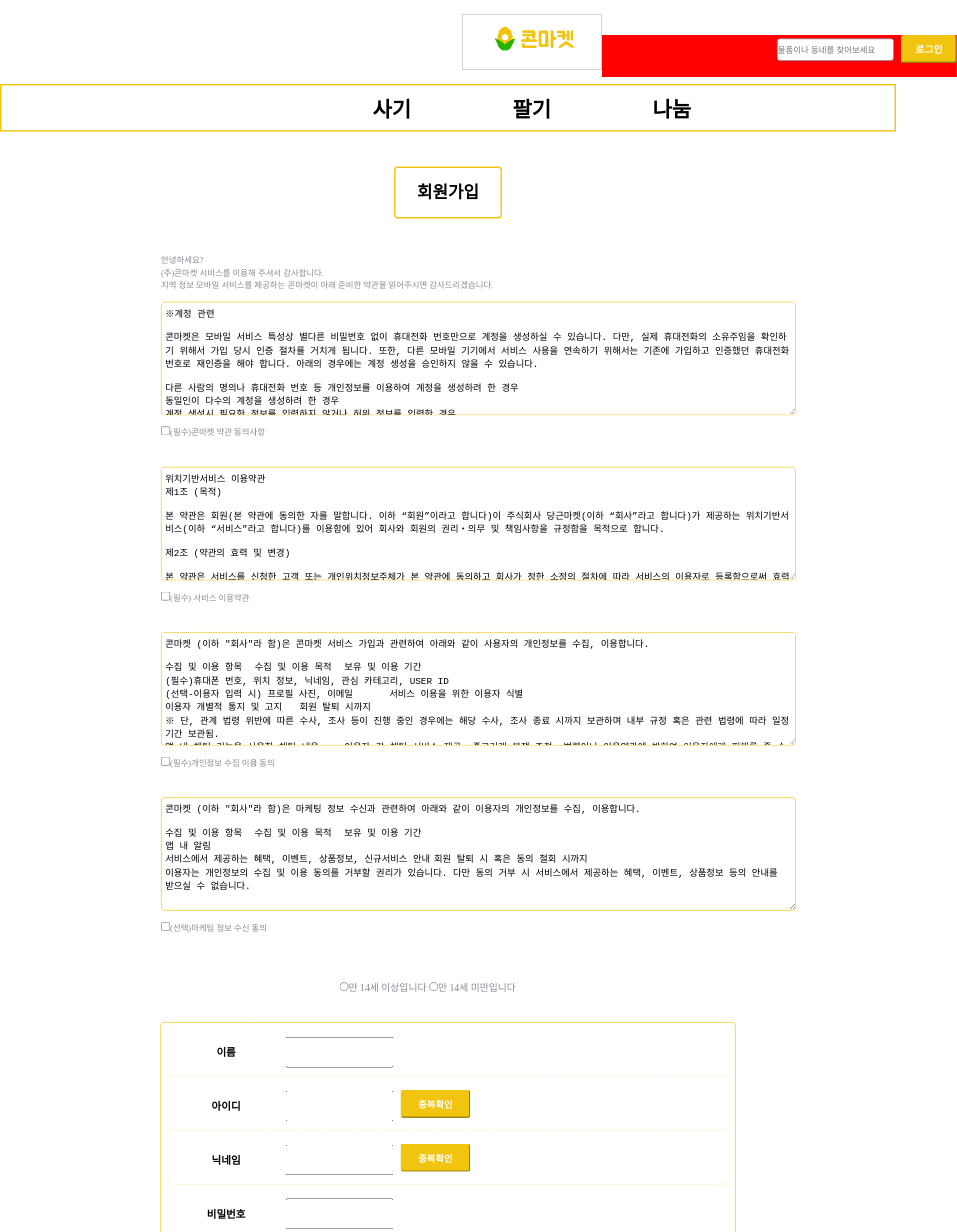
Repository: Corn-Market/Front-end
Page: http://localhost/CornMarket/resources/views/signUp.jsp
The author's editor kept a copy of each file at every save. The page is drawn from the files as they stood at one save, then again after the next save.
The browser window is 1280 px wide. The page is 1367 px wide, so the pictures cover 1367 px, including what lies to the right of the window. The pictures show the part of the page from y = 0 to 1760 px (the page is 2643 px tall), at 70% of full size.
Some web fonts or font styles are not loaded; a fallback is used. The page is served by Tomcat 9. Other server files are loaded and not shown.

Above is the page before, as saved 2022-12-19 03:01:08.

### CornMarket/src/main/webapp/resources/views/signUp.jsp
<%@ page language="java" contentType="text/html; charset=UTF-8"
    pageEncoding="UTF-8"%>
<%@ taglib uri="http://java.sun.com/jsp/jstl/core" prefix="c" %>
<c:set var="path" value="${pageContext.request.contextPath}"/>
<!DOCTYPE html>
<html>
<head>
<meta charset="EUC-KR">
<title>Insert title here</title>
<link rel="stylesheet" href="${path}/resources/css/signUp.css"/>
<script src="https://ajax.googleapis.com/ajax/libs/jquery/3.5.1/jquery.min.js"></script><script src="https://ajax.googleapis.com/ajax/libs/jquery/3.5.1/jquery.min.js"></script>
</head>
<body>
<jsp:include page="header.jsp"/>
<jsp:include page="nav.jsp"/>
<div class="h2_st">
        <h2>회원가입</h2>
    </div>
    <div class="join_rule1">
        <div class="rule1-1">안녕하세요?</div>
        <div class="rule1-2">(주)콘마켓 서비스를 이용해 주셔서 감사합니다.<br>
             지역 정보 모바일 서비스를 제공하는 콘마켓이 아래 준비한 약관을 읽어주시면 감사드리겠습니다.
        </div>
        <textarea class="rule1" cols="110" rows="10">
※계정 관련

콘마켓은 모바일 서비스 특성상 별다른 비밀번호 없이 휴대전화 번호만으로 계정을 생성하실 수 있습니다. 다만, 실제 휴대전화의 소유주임을 확인하기 위해서 가입 당시 인증 절차를 거치게 됩니다. 또한, 다른 모바일 기기에서 서비스 사용을 연속하기 위해서는 기존에 가입하고 인증했던 휴대전화 번호로 재인증을 해야 합니다. 아래의 경우에는 계정 생성을 승인하지 않을 수 있습니다.

다른 사람의 명의나 휴대전화 번호 등 개인정보를 이용하여 계정을 생성하려 한 경우
동일인이 다수의 계정을 생성하려 한 경우
계정 생성시 필요한 정보를 입력하지 않거나 허위 정보를 입력한 경우
콘마켓이 과거에 운영원칙 또는 법률 위반 등의 정당한 사유로 해당 계정을 삭제 또는 징계한 경우
사기 정보 모음 사이트나 정부기관 사이트 등에서 거래 사기 이력이 있는 휴대전화 번호로 확인된 경우
계정은 본인만 이용할 수 있고, 다른 사람에게 이용을 허락하거나 양도할 수 없습니다. 사용자는 계정과 관련된 정보, 즉 프로필 사진이나 별명 등을 수정할 수 있습니다. 휴대폰 번호가 바뀐 경우에는 서비스 내 설정 메뉴나 고객센터 문의를 통해 새 휴대폰 번호로 인증절차를 걸쳐 수정할 수 있습니다.

사용시 주의해야 할 점

콘마켓은 사용자가 아래와 같이 잘못된 방법이나 행위로 서비스를 이용할 경우 사용에 대한 제재(이용정지, 강제탈퇴 등)를 가할 수 있습니다.

잘못된 방법으로 서비스의 제공을 방해하거나 콘마켓이 안내하는 방법 이외의 다른 방법을 사용하여 콘마켓 서비스에 접근하는 행위
다른 이용자의 정보를 무단으로 수집, 이용하거나 다른 사람들에게 제공하는 행위
서비스를 영리나 홍보 목적으로 이용하는 행위
음란 정보나 저작권 침해 정보 등 공서양속 및 법령에 위반되는 내용의 정보 등을 발송하거나 게시하는 행위
콘마켓의 동의 없이 당근마켓 서비스 또는 이에 포함된 소프트웨어의 일부를 복사, 수정, 배포, 판매, 양도, 대여, 담보제공하거나 타인에게 그 이용을 허락하는 행위
소프트웨어를 역설계하거나 소스 코드의 추출을 시도하는 등 콘마켓 서비스를 복제, 분해 또는 모방하거나 기타 변형하는 행위
관련 법령, 콘마켓의 모든 약관 또는 운영정책을 준수하지 않는 행위
개인정보 보호 관련

개인정보는 콘마켓 서비스의 원활한 제공을 위하여 사용자가 동의한 목적과 범위 내에서만 이용됩니다. 개인정보 보호 관련 기타 상세한 사항은 콘마켓 개인정보처리방침을 참고하시기 바랍니다.

※게시물의 저작권 보호

콘마켓 서비스 사용자가 서비스 내에 게시한 게시물의 저작권은 해당 게시물의 저작자에게 귀속됩니다.
사용자가 서비스 내에 게시하는 게시물은 검색결과 내지 서비스 및 관련 프로모션, 광고 등에 노출될 수 있으며, 해당 노출을 위해 필요한 범위 내에서는 일부 수정, 복제, 편집되어 게시될 수 있습니다. 이 경우, 콘마켓은 저작권법 규정을 준수하며, 사용자는 언제든지 고객센터 또는 운영자 문의 기능을 통해 해당 게시물에 대해 삭제, 검색결과 제외, 비공개 등의 조치를 요청할 수 있습니다.
위 2항 이외의 방법으로 사용자의 게시물을 이용하고자 하는 경우에는 전화, 팩스, 전자우편 등을 통해 사전에 사용자의 동의를 얻어야 합니다.
게시물의 관리

사용자의 게시물이 "정보통신망법" 및 "저작권법"등 관련법에 위반되는 내용을 포함하는 경우, 권리자는 관련법이 정한 절차에 따라 해당 게시물의 게시중단 및 삭제 등을 요청할 수 있으며, 콘마켓은 관련법에 따라 조치를 취하여야 합니다.
콘마켓은 전항에 따른 권리자의 요청이 없는 경우라도 권리침해가 인정될 만한 사유가 있거나 기타 회사 정책 및 관련법에 위반되는 경우에는 관련법에 따라 해당 게시물에 대해 임시조치(삭제, 노출제한, 게시중단) 등을 취할 수 있습니다.

※사용권리

콘마켓은 서비스 이용을 위하여 양도불가능하고 무상의 라이선스를 사용자분들에게 제공합니다. 다만, 콘마켓 상표 및 로고를 사용할 권리를 사용자분들에게 부여하는 것은 아닙니다.

※서비스 고지 및 홍보내용 표시

콘마켓은 서비스 사용자분의 편의를 위해 서비스 이용과 관련된 각종 고지 및 기타 콘마켓 서비스 홍보를 포함한 다양한 정보를 콘마켓 서비스에 표시하거나 사용자의 휴대폰 문자, 알림 메시지(Push Notification) 등으로 발송할 수 있으며 서비스 사용자분은 이에 동의합니다. 이 경우 서비스 사용자분의 통신환경 또는 요금구조에 따라 서비스 사용자분이 데이터 요금 등을 부담할 수 있습니다. 한편 콘마켓은 서비스 사용자분이 수집에 동의한 서비스 내 활동 정보를 기초로 콘마켓에게 직접적인 수익이 발생하지 않거나 콘마켓이 판매하는 상품과 직접적인 관련성이 없는 한도에서 다른 서비스 사용자분 등이 판매하는 상품 또는 서비스에 관한 정보를 위와 같은 방법으로 서비스 사용자분에게 보낼 수 있으며 서비스 사용자분은 이에 동의합니다. 물론 서비스 사용자분은 관련 법령상 필요한 내용을 제외하고 언제든지 이러한 정보에 대한 수신 거절을 할 수 있으며, 이 경우 콘마켓은 즉시 위와 같은 정보를 보내는 것을 중단합니다.

※위치기반서비스 관련

콘마켓은 사용자의 실생활에 더욱 보탬이 되는 유용한 서비스를 제공하기 위하여 콘마켓 서비스에 위치기반서비스를 포함시킬 수 있습니다. 콘마켓의 위치기반서비스는 사용자의 단말기기의 위치정보를 수집하는 위치정보사업자로부터 위치정보를 전달받아 제공하는 무료서비스이며, 구체적으로는 사용자의 현재 위치를 기준으로 특정 지역커뮤니티에 가입자격을 부여하고 다른 이용자와 해당 지역과 관련된 게시물을 작성할 수 있도록 하는 서비스(지역커뮤니티서비스), 사용자의 현재 위치를 이용한 생활 정보나 광고성 정보를 제공하는 서비스(정보제공서비스)가 있습니다. 특히, 사용자가 14세 미만 이용자로서 개인위치정보를 활용한 위치기반 서비스를 이용하기 위해서는 콘마켓은 사용자의 개인위치정보를 이용 또는 제공하게 되며, 이 경우 부모님 등 법정대리인의 동의가 먼저 있어야 합니다. 만약 법정대리인의 동의 없이 위치기반서비스가 이용된 것으로 판명된 때에는 콘마켓은 즉시 사용자의 위치기반서비스 이용을 중단하는 등 적절한 제한을 할 수 있습니다.

사용자(14세 미만 이용자의 법정대리인 포함)는 콘마켓 서비스와 관련된 개인위치정보의 이용, 제공 목적, 제공받는 자의 범위 및 위치기반서비스의 일부에 대하여 동의를 유보하거나, 이용∙제공에 대한 동의의 전부 또는 일부 철회할 수 있으며, 일시적인 중지를 요구할 수 있습니다. 콘마켓은 위치정보의 보호 및 이용 등에 관한 법률의 규정에 따라 개인위치정보 및 위치정보 이용∙제공사실 확인자료를 6개월 이상 보관하며, 사용자가 동의의 전부 또는 일부를 철회한 때에는 당근마켓은 철회한 부분에 해당하는 개인위치정보 및 위치정보 이용∙제공사실 확인자료를 지체 없이 파기하겠습니다.

사용자(14세 미만 이용자의 법정대리인 포함)는 콘마켓에 대하여 사용자에 대한 위치정보 이용∙제공사실 확인자료나, 사용자의 개인위치정보가 법령에 의하여 제3자에게 제공되었을 때에는 그 이유 및 내용의 열람 또는 고지를 요구할 수 있고, 오류가 있는 때에는 정정을 요구할 수 있습니다. 만약, 콘마켓이 사용자의 개인위치정보를 사용자가 지정하는 제3자에게 직접 제공하는 때에는 법령에 따라 개인위치정보를 수집한 스마트폰 등으로 사용자에게 개인위치정보를 제공받는 자, 제공 일시 및 제공 목적을 즉시 통보하겠습니다.

콘마켓은 8세 이하의 아동 등(금치산자, 중증 정신장애인 포함)의 보호의무자가 개인위치정보의 이용 또는 제공에 서면으로 동의하는 경우에는 해당 본인의 동의가 있는 것으로 보며, 이 경우 보호의무자는 개인위치정보주체의 권리를 모두 행사할 수 있습니다.

콘마켓은 사용자의 위치정보를 안전하게 보호하기 위하여 위치정보관리책임자(정창훈 이사, privacy@cornservice.com)를 지정하고 있습니다.

만약 사용자와 콘마켓 간의 위치정보와 관련한 분쟁에 대하여 협의가 어려운 때에는 사용자은 위치정보의 보호 및 이용 등에 관한 법률 제 28조 2항 및 개인정보보호법 제43조의 규정에 따라 개인정보 분쟁조정위원회에 조정을 신청할 수 있습니다.

위치기반서비스 이용약관 전문보기

※오프라인 서비스 관련

콘마켓은 서비스 사용자의 편의를 위해 사용자로부터 배송 등 온라인 커뮤니티 이외의 서비스(이하 “오프라인 서비스”)를 요청 받아 이를 직접 또는 다른 사람에게 맡겨 수행할 수 있고, 이러한 서비스와 관련하여 회사와 사용자가 지켜야 할 사항은 오프라인 서비스 이용약관 및 배송 서비스 수행자(콘버디) 이용약관 등에 따릅니다.

※콘알바 서비스 관련

콘마켓은 직업안정법에 근거하여 지역 내 구인구직 정보가 효과적으로 제공될 수 있도록 하기 위하여 콘알바 서비스를 제공하며, 이러한 서비스와 관련하여 회사와 사용자가 지켜야 할 사항은 콘알바 서비스 이용약관에 따릅니다.

※서비스 중단

콘마켓 서비스는 장비의 유지∙보수를 위한 정기 또는 임시 점검 또는 다른 상당한 이유로 콘마켓 서비스의 제공이 일시 중단될 수 있으며, 이때에는 미리 서비스 제공화면에 공지하겠습니다. 만약, 콘마켓로서도 예측할 수 없는 이유로 콘마켓 서비스가 중단된 때에는 콘마켓이 상황을 파악하는 즉시 통지하겠습니다.

※이용계약 해지(서비스 탈퇴)

사용자가 콘마켓 서비스의 이용을 더 이상 원치 않는 때에는 언제든지 콘마켓 서비스 내 제공되는 메뉴를 이용하여 콘마켓 서비스 이용계약의 해지 신청을 할 수 있으며, 콘마켓은 법령이 정하는 바에 따라 신속히 처리하겠습니다. 다만, 거래사기 등의 부정이용 방지를 위해 거래를 진행중이거나 거래 관련 분쟁이 발생한 사용자는 이용계약 해지 및 서비스 탈퇴가 특정 기간 동안 제한될 수 있습니다. 이용계약이 해지되면 법령 및 개인정보처리방침에 따라 사용자 정보를 보유하는 경우를 제외하고는 사용자 정보나 사용자가 작성한 게시물 등 모든 데이터는 삭제됩니다. 다만, 사용자가 작성한 게시물이 제3자에 의하여 스크랩 또는 다른 공유 기능으로 게시되거나, 사용자가 제3자의 게시물에 댓글, 채팅 등 게시물을 추가하는 등의 경우에는 다른 이용자의 정상적 서비스 이용을 위하여 필요한 범위 내에서 콘마켓 서비스 내에 삭제되지 않고 남아 있게 됩니다.

※책임제한

콘마켓은 법령상 허용되는 한도 내에서 콘마켓 서비스와 관련하여 본 약관에 명시되지 않은 어떠한 구체적인 사항에 대한 약정이나 보증을 하지 않습니다. 예를 들어, 콘마켓은 콘마켓 서비스에 속한 콘텐츠, 서비스의 특정 기능, 서비스의 이용가능성에 대하여 어떠한 약정이나 보증을 하는 것이 아니며, 콘마켓 서비스를 있는 그대로 제공할 뿐입니다.

※손해배상

콘마켓의 과실로 인하여 사용자가 손해를 입게 될 경우 당근마켓은 법령에 따라 사용자의 손해를 배상하겠습니다. 다만, 콘마켓은 콘마켓 서비스에 접속 또는 이용과정에서 발생하는 개인적인 손해, 제3자가 불법적으로 콘마켓의 서버에 접속하거나 서버를 이용함으로써 발생하는 손해, 제3자가 콘마켓 서버에 대한 전송 또는 콘마켓 서버로부터의 전송을 방해함으로써 발생하는 손해, 제3자가 악성 프로그램을 전송 또는 유포함으로써 발생하는 손해, 전송된 데이터의 생략, 누락, 파괴 등으로 발생한 손해, 명예훼손 등 제3자가 콘마켓 서비스를 이용하는 과정에서 사용자에게 발생시킨 손해에 대하여 책임을 부담하지 않습니다. 또한 콘마켓은 법률상 허용되는 한도 내에서 간접 손해, 특별 손해, 결과적 손해, 징계적 손해, 및 징벌적 손해에 대한 책임을 부담하지 않습니다.

※약관수정

콘마켓은 법률이나 당근마켓 서비스의 변경사항을 반영하기 위한 목적 등으로 본 약관이나 각 콘마켓 서비스 고객센터의 콘마켓 서비스 이용방법, 해당 안내 및 고지사항을 수정할 수 있습니다. 본 약관이 변경되는 경우 콘마켓은 변경 사항을 개별 콘마켓 서비스 초기화면에 게시하며, 변경된 약관은 게시한 날로부터 7일 후부터 효력이 발생합니다.

콘마켓은 변경된 약관을 게시한 날로부터 효력이 발생되는 날까지 약관변경에 대한 사용자의 의견을 기다리겠습니다. 위 기간이 지나도록 사용자의 의견이 콘마켓에 접수되지 않으면, 사용자가 변경된 약관에 따라 서비스를 이용하는 데에 동의하는 것으로 보겠습니다. 사용자가 변경된 약관에 동의하지 않는 경우 변경된 약관의 적용을 받는 해당 서비스의 제공이 더 이상 불가능하게 됩니다.

※사용자 의견

콘마켓은 사용자의 의견을 소중하게 생각합니다. 사용자는 언제든지 서비스 내 콘마켓 운영자 문의란을 통해 의견을 개진할 수 있습니다. 콘마켓은 푸시 알림, 채팅 방법, 휴대폰 번호 등으로 사용자에게 여러 가지 소식을 알려드리며, 사용자 전체에 대한 통지는 콘마켓 서비스 초기화면 또는 공지사항 란에 게시함으로써 효력이 발생합니다.

본 약관은 콘마켓과 사용자와의 관계에 적용되며, 제3자의 수익권을 발생시키지 않습니다.

사용자가 본 약관을 준수하지 않은 경우에, 콘마켓이 즉시 조치를 취하지 않더라도 콘마켓이 가지고 있는 권리를 포기하는 것이 아니며, 본 약관 중 일부 조항의 집행이 불가능하게 되더라도 다른 조항에는 영향을 미치지 않습니다.

본 약관 또는 콘마켓 서비스와 관련하여서는 대한민국의 법률이 적용됩니다.

공고일자: 2022년 6월 28일
시행일자: 2022년 7월 05일
        </textarea>
        <input type="checkbox">(필수)콘마켓 약관 동의사항
        <textarea class="rule1" cols="110" rows="10">
위치기반서비스 이용약관
제1조 (목적)

본 약관은 회원(본 약관에 동의한 자를 말합니다. 이하 “회원”이라고 합니다)이 주식회사 당근마켓(이하 “회사”라고 합니다)가 제공하는 위치기반서비스(이하 “서비스”라고 합니다)를 이용함에 있어 회사와 회원의 권리・의무 및 책임사항을 규정함을 목적으로 합니다.

제2조 (약관의 효력 및 변경)

본 약관은 서비스를 신청한 고객 또는 개인위치정보주체가 본 약관에 동의하고 회사가 정한 소정의 절차에 따라 서비스의 이용자로 등록함으로써 효력이 발생합니다.
회사는 본 약관의 내용을 회원이 쉽게 알 수 있도록 서비스 초기 화면에 게시하거나 기타의 방법으로 공지합니다.
회사는 필요하다고 인정되면 본 약관을 변경할 수 있으며, 회사가 약관을 개정할 경우에는 기존약관과 개정약관 및 개정약관의 적용일자와 개정사유를 명시하여 현행약관과 함께 그 적용일자 7일 전부터 적용일 이후 상당한 기간 동안 공지합니다. 다만, 개정 내용이 회원에게 불리한 경우에는 그 적용일자 30일 전부터 적용일 이후 상당한 기간 동안 각각 이를 서비스 홈페이지에 게시하여 고지합니다.
회사가 전항에 따라 회원에게 공지하거나 통지하면서 공지 또는 통지ㆍ고지일로부터 개정약관 시행일 7일 후까지 거부의사를 표시하지 아니하면 승인한 것으로 본다는 뜻을 명확하게 고지하였음에도 불구하고 거부의 의사표시가 없는 경우에는 변경된 약관에 승인한 것으로 봅니다. 회원이 개정약관에 동의하지 않을 경우 회원은 이용계약을 해지할 수 있습니다.
제3조 (약관 외 준칙)

본 약관에 규정되지 않은 사항에 대해서는 위치정보의 보호 및 이용 등에 관한 법률(이하 “위치정보법”이라고 합니다), 전기통신사업법, 정보통신망 이용촉진 및 보호 등에 관한 법률(이하 “정보통신망법”이라고 합니다), 개인정보보호법 등 관련법령 또는 회사가 정한 서비스의 운영정책 및 규칙 등(이하 “세부지침”이라고 합니다)의 규정에 따릅니다.

제4조 (서비스의 가입)

본회사는 아래와 같은 경우에는 여러분의 당근마켓 계정 생성을 유보할 수 있습니다.
실명이 아니거나 다른 사람의 명의를 사용하는 등 허위로 신청하는 경우
회원 등록 사항을 빠뜨리거나 잘못 기재하여 신청하는 경우
기타 회사가 정한 이용신청 요건을 충족하지 않았을 경우
제5조 (서비스의 해지)

회원이 서비스 이용을 해지하고자 할 경우 회원은 회사가 정한 절차(서비스 홈페이지 등을 통해 공지합니다)를 통해 서비스 해지를 신청할 수 있으며, 회사는 법령이 정하는 바에 따라 신속히 처리합니다.

제6조 (서비스의 내용)

서비스의 이용은 연중무휴 1일 24시간을 원칙으로 합니다. 단, 회사의 업무 또는 기술상의 이유로 서비스가 일시 중지될 수 있으며, 운영상의 목적으로 회사가 정한 기간에도 서비스는 일시 중지될 수 있습니다. 이때 회사는 사전 또는 사후에 이를 공지합니다.
회사가 제공하는 서비스의 종류, 세부 내용, 이용 요금은 아래와 같습니다.
종류 : 동네 커뮤니티 서비스
서비스명 : 콘마켓
설명 : 내동네를 인증하고 주변 이웃과 중고물품을 거래하거나 동네 정보를 공유하는 서비스
위치정보 이용 목적: 내 동네인증
이용 요금 : 무료
제7조 (서비스 이용요금)

회사가 제공하는 서비스는 기본적으로 유료 또는 무료입니다. 단, 별도의 유료서비스의 경우 해당 서비스에 명시된 요금을 지불하여야 사용 가능합니다.
회사는 유료서비스 이용요금을 회사와 계약한 전자지불업체에서 정한 방법에 의하거나 회사가 정한 청구서에 합산하여 청구할 수 있습니다.
유료서비스 이용을 통하여 결제된 대금에 대한 취소 및 환불은 회사의 결제 이용약관 등 관련법령에 따릅니다.
회원의 개인정보도용 및 결제사기로 인한 환불요청 또는 결제자의 개인정보 요구는 법률이 정한 경우 외에는 거절될 수 있습니다.
무선서비스 이용 시 발생하는 데이터 통신료는 별도이며, 회원이 가입한 각 이동통신사의 정책에 따릅니다.
MMS 등으로 게시물을 등록할 경우 발생하는 요금은 회원이 가입한 각 이동통신사의 정책에 따릅니다.
제8조 (서비스의 이용제한 및 중지)

회사는 아래 각 호의 경우에는 회원의 서비스 이용을 제한하거나 중지시킬 수 있습니다.
회원이 회사 서비스의 운영을 고의 또는 중과실로 방해하는 경우
서비스용 설비 점검, 보수 또는 공사로 인하여 부득이한 경우
전기통신사업법에 규정된 기간통신사업자가 전기통신 서비스를 중지했을 경우
국가비상사태, 서비스 설비의 장애 또는 서비스 이용의 폭주 등으로 서비스 이용에 지장이 있는 때
기타 중대한 사유로 인하여 회사가 서비스 제공을 지속하는 것이 부적당하다고 인정하는 경우
회사는 전항의 규정에 의하여 서비스의 이용을 제한하거나 중지한 때에는 그 사유 및 제한기간 등을 회원에게 알려야 합니다.
제9조 (서비스내용변경 통지 등)

회사가 서비스 내용을 변경하거나 종료하는 경우 회사는 회원의 등록된 휴대폰 번호 문자 방식으로 서비스 내용의 변경 사항 또는 종료를 통지할 수 있습니다.
전항의 경우 불특정 다수인을 상대로 통지를 함에 있어서는 서비스 홈페이지 등 기타 회사의 공지사항 페이지를 통하여 회원들에게 통지할 수 있습니다. 단, 회원 본인의 거래와 관련하여 중대한 영향을 미치는 사항은 상당한 기간 동안 서비스 홈페이지에 게시하거나 회원에게 전자적 형태(전자우편, SMS 등)로 개별통지 합니다.
제10조 (개인위치정보의 이용 또는 제공)

회사는 개인위치정보를 이용하여 서비스를 제공하고자 하는 경우에는 미리 약관에 명시한 후 개인위치정보주체의 동의를 얻어야 합니다.
회원 및 법정대리인의 권리와 그 행사방법은 제소 당시의 이용자의 주소에 의하며, 주소가 없는 경우에는 거소를 관할하는 지방법원의 전속관할로 합니다. 다만, 제소 당시 이용자의 주소 또는 거소가 분명하지 않거나 외국 거주자의 경우에는 민사소송법상의 관할법원에 제기합니다.
회사는 타사업자 또는 이용 고객과의 요금정산 및 민원처리를 위해 위치정보 이용·제공, 사실 확인자료를 자동 기록·보존하며, 해당 자료는 6개월간 보관합니다.
회사는 개인위치정보주체의 동의 없이 개인위치정보를 제3자에게 제공하지 아니하며, 제3자 제공 서비스를 제공하는 경우에는 제공 받는자 및 제공목적을 사전에 개인위치정보주체에게 고지하고 동의를 받습니다. 다만, 다음의 경우는 예외로 하고 있습니다.
법령의 규정에 의거하거나 수사 목적으로 법령에 정해진 절차와 방법에 따라 수사기관의 요구가 있는 경우
회사는 개인위치정보를 회원이 지정하는 제3자에게 제공하는 경우에는 개인위치정보를 수집한 당해 통신 단말장치로 매회 회원에게 제공받는 자, 제공 일시 및 제공목적을 즉시 통보합니다. 단, 아래 각 호의 1에 해당하는 경우에는 회원이 미리 특정하여 지정한 통신 단말장치 또는 전자우편주소로 통보합니다.
개인위치정보를 수집한 당해 통신단말장치가 문자, 음성 또는 영상의 수신기능을 갖추지 아니한 경우
회원이 온라인 게시 등의 방법으로 통보할 것을 미리 요청한 경우
제11조 (개인위치정보주체의 권리)

회원은 회사에 대하여 언제든지 개인위치정보를 이용한 위치기반서비스 제공 및 개인위치정보의 제3자 제공에 대한 동의의 전부 또는 일부를 철회할 수 있습니다. 이 경우 회사는 수집한 개인위치정보 및 위치정보 이용, 제공사실 확인자료를 파기합니다.
회원은 회사에 대하여 언제든지 개인위치정보의 수집, 이용 또는 제공의 일시적인 중지를 요구할 수 있으며, 회사는 이를 거절할 수 없고 이를 위한 기술적 수단을 갖추고 있습니다.
회원은 회사에 대하여 아래 각 호의 자료에 대한 열람 또는 고지를 요구할 수 있고, 당해 자료에 오류가 있는 경우에는 그 정정을 요구할 수 있습니다. 이 경우 회사는 정당한 사유 없이 회원의 요구를 거절할 수 없습니다.
본인에 대한 위치정보 수집, 이용, 제공사실 확인자료
본인의 개인위치정보가 위치정보의 보호 및 이용 등에 관한 법률 또는 다른 법률 규정에 의하여 제3자에게 제공된 이유 및 내용
회원은 제1항 내지 제3항의 권리행사를 위해 회사의 소정의 절차를 통해 요구할 수 있습니다.
제12조 (법정대리인의 권리)

회사는 14세 미만의 회원에 대해서는 개인위치정보를 이용한 위치기반서비스 제공 및 개인위치정보의 제3자 제공에 대한 동의를 당해 회원과 당해 회원의 법정대리인으로부터 동의를 받아야 합니다. 이 경우 법정대리인은 제11조에 의한 회원의 권리를 모두 가집니다.
회사는 14세 미만의 아동의 개인위치정보 또는 위치정보 이용, 제공사실 확인자료를 이용약관에 명시 또는 고지한 범위를 넘어 이용하거나 제3자에게 제공하고자 하는 경우에는 14세 미만의 아동과 그 법정대리인의 동의를 받아야 합니다. 단, 아래의 경우는 제외합니다.
위치정보 및 위치기반서비스 제공에 따른 요금정산을 위하여 위치정보 이용, 제공사실 확인자료가 필요한 경우
통계작성, 학술연구 또는 시장조사를 위하여 특정 개인을 알아볼 수 없는 형태로 가공하여 제공하는 경우
제13조 (8세 이하의 아동 등의 보호의무자의 권리)

회사는 14세 미만의 아동의 개인위치정보 또는 위치정보 이용, 제공사실 확인자료를 이용약관에 명시 또는 고지한 범위를 넘어 이용하거나 제3자에게 제공하고자 하는 경우에는 14세 미만의 아동과 그 법정대리인의 동의를 받아야 합니다. 단, 아래의 경우는 제외합니다.
8세 이하의 아동
피성년후견인
장애인복지법 제2조 제2항 제2호의 규정에 따른 정신적 장애를 가진 자로서 장애인 고용촉진 및 직업재활법 제2조 제2호의 규정에 따라 중증장애인에 해당하는 자(장애인복지법 제32조의 규정에 따라 장애인등록을 한 자에 한합니다)
전항의 규정에 따른 8세 이하 아동 등의 보호의무자는 해당 아동을 사실상 보호하는 자로서 다음 각 호에 해당하는 자를 말합니다.
8세 이하의 아동의 법정대리인 또는 보호시설에 있는 미성년자의 후견 직무에 관한 법률 제3조의 규정에 따른 후견인
피성년후견인의 법정대리인
본 조 제1항 제3호의 자의 법정대리인 또는 장애인복지법 제58조 제1항 제1호의 규정에 따른 장애인생활시설(국가 또는 지방자치단체가 설치·운영하는 시설에 한합니다)의 장, 정신보건법 제3조 제4호의 규정에 따른 정신질환자 사회복귀시설(국가 또는 지방자치단체가 설치·운영하는 시설에 한합니다)의 장, 동법 동조 제5호의 규정에 따른 정신요양시설의 장
8세 이하의 아동 등의 생명 또는 신체의 보호를 위하여 개인위치정보의 이용 또는 제공에 동의를 하고자 하는 보호의무자는 서면동의서에 보호의무자임을 증명하는 서면을 첨부하여 회사에 제출하여야 합니다.
보호의무자는 8세 이하의 아동 등의 개인위치정보 이용 또는 제공에 동의하는 경우 개인위치정보주체 권리의 전부를 행사할 수 있습니다.
제14조 (회사의 주소 및 연락처 등)

회사의 상호, 주소 및 연락처는 아래와 같습니다.

상호 : 주식회사 콘마켓
대표 : 김재현, 김용현
주소 : 서울특별시 구로구 디지털로30길 28, 609호 (콘서비스)
대표전화 : 1644-9736
회사는 개인위치정보를 적절히 관리·보호하고, 개인위치정보주체의 불만을 원활히 처리할 수 있도록 실질적인 책임을 질 수 있는 지위에 있는 자를 위치정보관리책임자로 지정해 운영하고 있으며, 위치정보관리책임자의 성명과 연락처는 아래와 같습니다.

성명 : 정창훈
대표전화 : 1644-9736
이메일주소 : contact@corn.com
제15조 (양도금지)

회원의 서비스 받을 권리는 이를 양도 내지 증여하거나 담보제공 등의 목적으로 처분할 수 없습니다.

제16조 (손해배상)

회사가 위치정보법 제15조 내지 제26조의 규정을 위반한 행위로 회원에게 손해가 발생한 경우 회원은 회사에 대하여 손해배상 청구를 할 수 있습니다. 이 경우 회사는 고의, 과실이 없음을 입증하지 못하는 경우 책임을 면할 수 없습니다.
회사가 위치정보법 제15조 내지 제26조의 규정을 위반한 행위로 회원에게 손해가 발생한 경우 회원은 회사에 대하여 손해배상 청구를 할 수 있습니다. 이 경우 회사는 고의, 과실이 없음을 입증하지 못하는 경우 책임을 면할 수 없습니다.
제17조 (면책)

회사는 다음 각 호의 경우로 서비스를 제공할 수 없는 경우 이로 인하여 회원에게 발생한 손해에 대해서는 책임을 부담하지 않습니다.
천재지변 또는 이에 준하는 불가항력의 상태가 있는 경우
서비스 제공을 위하여 회사와 서비스 제휴계약을 체결한 제3자의 고의적인 서비스 방해가 있는 경우
회원의 귀책사유로 서비스 이용에 장애가 있는 경우4) 제1호 내지 제3호를 제외한 기타 회사의 고의ㆍ과실이 없는 사유로 인한 경우
회사는 서비스 및 서비스에 게재된 정보, 자료, 사실의 신뢰도, 정확성 등에 대해서는 보증을 하지 않으며 이로 인해 발생한 회원의 손해에 대하여는 책임을 부담하지 아니합니다.
제18조 (분쟁의 조정 및 기타)

서비스 이용과 관련하여 회사와 회원 간에 분쟁이 발생하면, 회사는 분쟁의 해결을 위해 회원과 성실히 협의합니다.
전항의 협의에서 분쟁이 해결되지 않은 경우 회사와 회원은 위치정보법 제28조에 의한 방송통신위원회에 재정을 신청하거나, 개인정보보호법 제43조에 의한 방송통신위원회 또는 개인정보분쟁조정위원회에 재정 또는 분쟁조정을 신청할 수 있습니다.
전항으로도 분쟁이 해결되지 않으면 회사와 회원 양 당사자는 민사소송법상의 관할법원에 소를 제기할 수 있습니다.
부칙

제1조 (시행일) 본 약관은 2017년 12월 1일부터 시행합니다.
        </textarea>
        <input type="checkbox">(필수) 서비스 이용약관
        <textarea class="rule1" cols="110" rows="10">
콘마켓 (이하 "회사"라 함)은 콘마켓 서비스 가입과 관련하여 아래와 같이 사용자의 개인정보를 수집, 이용합니다.

수집 및 이용 항목	수집 및 이용 목적	보유 및 이용 기간
(필수)휴대폰 번호, 위치 정보, 닉네임, 관심 카테고리, USER ID
(선택-이용자 입력 시) 프로필 사진, 이메일	서비스 이용을 위한 이용자 식별
이용자 개별적 통지 및 고지	회원 탈퇴 시까지
※ 단, 관계 법령 위반에 따른 수사, 조사 등이 진행 중인 경우에는 해당 수사, 조사 종료 시까지 보관하며 내부 규정 혹은 관련 법령에 따라 일정 기간 보관됨.
앱 내 채팅 기능을 사용한 채팅 내용	이용자 간 채팅 서비스 제공, 중고거래 분쟁 조정, 법령이나 이용약관에 반하여 이용자에게 피해를 줄 수 있는 잘못된 이용행위의 방지
검색이력/거래기록/방문기록 등 서비스이용기록, IP주소, 단말기 정보(OS, 화면사이즈, 기기식별값), 광고ID	이상행위 탐지, 부정이용 방지 및 서비스 개선을 위한 분석, 이용자의 관심, 성향에 기반한 개인 맞춤형 상품 추천 서비스(광고 포함)를 제공
이용자는 개인정보의 수집 및 이용 동의를 거부할 권리가 있습니다. 다만 동의 거부 시 당근마켓 서비스를 이용 하실 수 없습니다.
        </textarea>
        <input type="checkbox">(필수)개인정보 수집 이용 동의
        <textarea class="rule1" cols="110" rows="10">
콘마켓 (이하 "회사"라 함)은 마케팅 정보 수신과 관련하여 아래와 같이 이용자의 개인정보를 수집, 이용합니다.

수집 및 이용 항목	수집 및 이용 목적	보유 및 이용 기간
앱 내 알림
서비스에서 제공하는 혜택, 이벤트, 상품정보, 신규서비스 안내	회원 탈퇴 시 혹은 동의 철회 시까지
이용자는 개인정보의 수집 및 이용 동의를 거부할 권리가 있습니다. 다만 동의 거부 시 서비스에서 제공하는 혜택, 이벤트, 상품정보 등의 안내를 받으실 수 없습니다.
        </textarea>
        <input type="checkbox">(선택)마케팅 정보 수신 동의
    </div>

    <div class="join_rule2">
        <input type="radio" name="age" class="rule2-1">만 14세 이상입니다
        <input type="radio" name="age">만 14세 미만입니다
    </div>
    <div class="join_wrap">
        <div class="join_first">
            <div class="join_main">이름</div>
            <input type="text" class="join_input">
        </div>
        <div class="join_first">
            <div class="join_main">아이디</div>
            <input type="text" class="join_input"><br>
            <input type="button" class="join_check_again" value="중복확인">
        </div>
        <div class="join_first">
            <div class="join_main">닉네임</div>
            <input type="text" class="join_input">
            <input type="button" class="join_check_again" value="중복확인">
        </div>
        <div class="join_first">
            <div class="join_main">비밀번호</div>
            <input type="password" class="join_input">
        </div>
        <div class="join_first">
            <div class="join_main">비밀번호 확인</div>
            <input type="password" class="join_input">
        </div>
         <div class="join_first">
            <div class="join_main">이메일</div>
            <input type="text" class="join_input_email">
                <span class="join_phone">@</span>
                <input type="text" class="join_input_email">
                <select class="join_email_sel">
                	<option value="etc">직접입력</option>
                    <option value="gmail.com">gmail.com</option>
                    <option value="hanmail.net">hanmail.net</option>
                   	<option value="hotmail.com">hotmail.com</option>
                    <option value="nate.com">nate.com</option>
                    <option value="naver.com">naver.com</option>
                    <option value="yahoo.co.kr">yahoo.co.kr</option>
                   	<option value="yahoo.com">yahoo.com</option>
                </select>
        </div>
        <div class="join_first">
            <div class="join_main">휴대폰번호</div>
            <input type="text" class="join_input">
        </div>
        <div class="join_second">
            <button class="btn1">저장</button>
            <button>취소</button>
        </div>
    </div>
<jsp:include page="footer.jsp"/>
</body>
</html>

### CornMarket/src/main/webapp/resources/css/index.css
@import url('https://fonts.googleapis.com/css?family=Gaegu:400,700');
*{
    margin:0px;
    padding:0px;
}

header{
    width:100%;
    margin:0px auto;
    padding:10px;
    display:flex;
}

.header_logo{
    width:300px;
    height:90px;
    display: flex;
    margin-left: 650px;
    margin-top: 10px;
}

header img{
    width:200px;
    height:80px;
    display: block;
    background-image: url(../img/KakaoTalk_20221219_090531943_03.png);
    background-position: center;
    background-size: cover;

}

.header_name{
    width:200px;
    height:90px;
}

.header_name a{
    text-decoration: none;
    color:rgb(241, 196, 15);
    font-size: 55px;
    text-align: center;
    font-family: 'Gaegu', cursive;
    display: block;
}

.header_search{
    display:flex;
    margin-top: 40px;
    background-color:red;
}

header input{
    width:165px;
    height:30px;
    border:1px solid #868b94;
    border-radius: 4px;
    font-size: 12px;
    margin-left: 250px;
    margin-top: 5px;
}

header button{
    width:80px;
    height:40px;
    font-size: 14px;
    font-weight: bold;
    color: rgb(255, 255, 255);
    text-align: center;
    line-height: 2.5em;
    border-radius: 4px;
    border-color: rgb(241, 196, 15);
    background-color: rgb(241, 196, 15);
    margin-left: 10px;
}

footer{
    padding:40px;
    border-top: 0.3px solid #eaebee;
    width:100%;
    margin:0px auto;
}

.footer_top{
    display:flex;
    margin-bottom: 30px;
}

.footert_left{
    margin-left:360px;
}

.footert_right{
    margin-left:120px;
}

.footert_first, .footert_second, .footert_third{
    display:flex;
    margin: 30px;
}

.footer_top p{
    margin-right: 20px;
}

.footertr_first{
    font-weight: bold;
}

.footertr_second{
    display:flex;
}

.footertr_app{
    margin-top: 20px;
    margin-right: 40px;
    width:120px;
    height:40px;
    border:0px;
    background-image: url(data:[embedded picture, 6946 characters]);
    background-position: center;
    background-size: cover;
}

.footertr_google{
    margin-top: 12px;
    width:115px;
    height:55px;
    border:0px;
    background-image: url(data:[embedded picture, 4878 characters]);
    background-position: center;
    background-size: cover;
}

.footer_bottom{
    padding:20px;
    border-top: 0.3px solid #eaebee;
    display: flex;
    width:50%;
    margin:0px auto;
}
.footerb_left{
    margin-left: 5px;
}
.footerb_right{
    margin-left: 20px;
}

.footerb_first, .footerb_second, .footerb_third, .footerb_fourth{
    display: flex;
}

.footer_main, .footer_main2{
    font-size: 13px;
    font-weight: bold;
    color:#868b94;
    display:block;
    margin-right: 5px;
}

.footer_bottom p{
    font-size: 13px;
    color:#868b94;
    display:block;
}

.footer_bottom .bar{
    display: block;
    margin-left: 8px;
    margin-right: 8px;
}

.footerb_nav, .footerb_final{
    display: flex;
}

.footerb_nav p{
    font-size: 13px;
    font-weight: bold;
    color:#868b94;
    display:block;
    margin-top: 15px;
    margin-right: 20px;
}

.footerb_final p{
    font-size: 13px;
    font-weight: bold;
    color:#868b94;
    display:block;
    margin-top: 15px;
    margin-right: 20px;
}



.footerb_img_1{
    width:25px;
    height:25px;
    border-radius: 50%;
    background-image: url(data:[embedded picture, 3770 characters]);
    background-position: center;
    background-size: cover;
    margin-right: 10px;
}

.footerb_img_2{
    width:25px;
    height:25px;
    border-radius: 50%;
    background-image: url(data:[embedded picture, 11151 characters]);
    background-position: center;
    background-size: cover;
    margin-right: 10px;
}

.footerb_img_3{
    width:25px;
    height:25px;
    border-radius: 50%;
    background-image: url(data:[embedded picture, 2706 characters]);
    background-position: center;
    background-size: cover;
    margin-right: 10px;
}

.footerb_img_4{
    width:25px;
    height:25px;
    border-radius: 50%;
    background-image: url(data:[embedded picture, 3990 characters]);
    background-position: center;
    background-size: cover;
    margin-right: 10px;
}

nav{
    padding:10px;
    border:2px solid  rgb(241, 196, 15);

}

.nav_first{
    display:flex;
    list-style: none;
    margin-left: 520px;
}

.nav_main{
	font-family: 'Gaegu', cursive;
    font-size: 30px;
    font-weight: bold;
    color:black;
    width:200px;
}

.nav_main:hover{
    color:#868b94;
}

.nav_main:hover .nav_second{
    display:block;
}
.nav_second{
    font-family: 'Gaegu', cursive;
    font-size: 20px;
    color:black;
    display: none;
    margin-left: 20px;
    width:150px;
    height:180px;
}
.nav_second li{
    margin-top: 5px;
    margin-left: 15px;
}

.nav_second li:hover{
	color:#868b94;
}

a{
    text-decoration: none;
    color:black;
}

a:hover {
	color:#868b94;
}

Loaded but not shown: CornMarket/src/main/webapp/resources/css/signUp.css (192 lines, source omitted); CornMarket/src/main/webapp/resources/views/footer.jsp (84 lines, source omitted); CornMarket/src/main/webapp/resources/views/nav.jsp (37 lines, source omitted); CornMarket/src/main/webapp/resources/views/header.jsp (26 lines, source omitted)

After the next save:
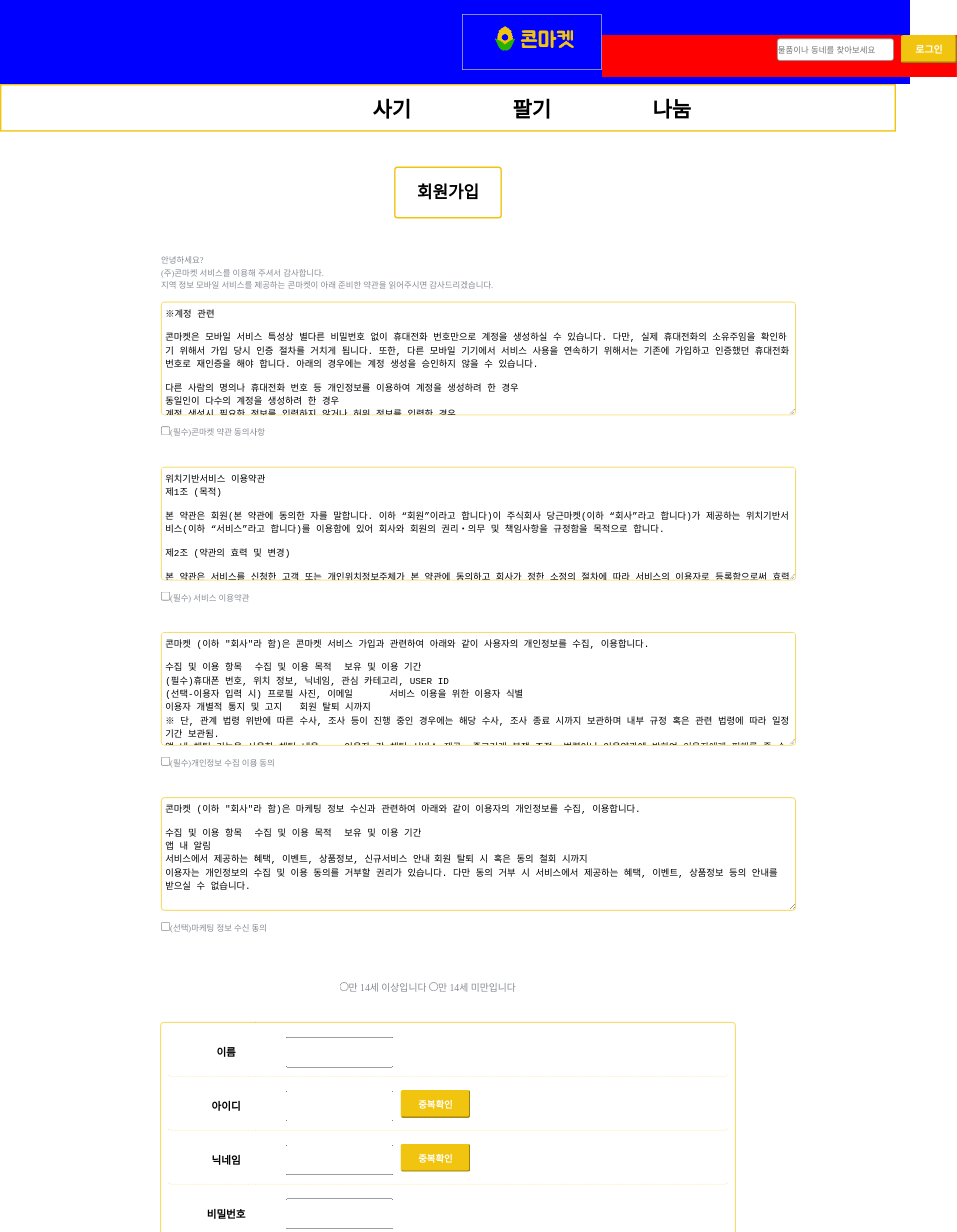
Saved 2 min 12 s later.
--- a/CornMarket/src/main/webapp/resources/css/index.css
+++ b/CornMarket/src/main/webapp/resources/css/index.css
@@ -9,6 +9,7 @@ header{
     margin:0px auto;
     padding:10px;
     display:flex;
+    background-color: blue;
 }
 
 .header_logo{
